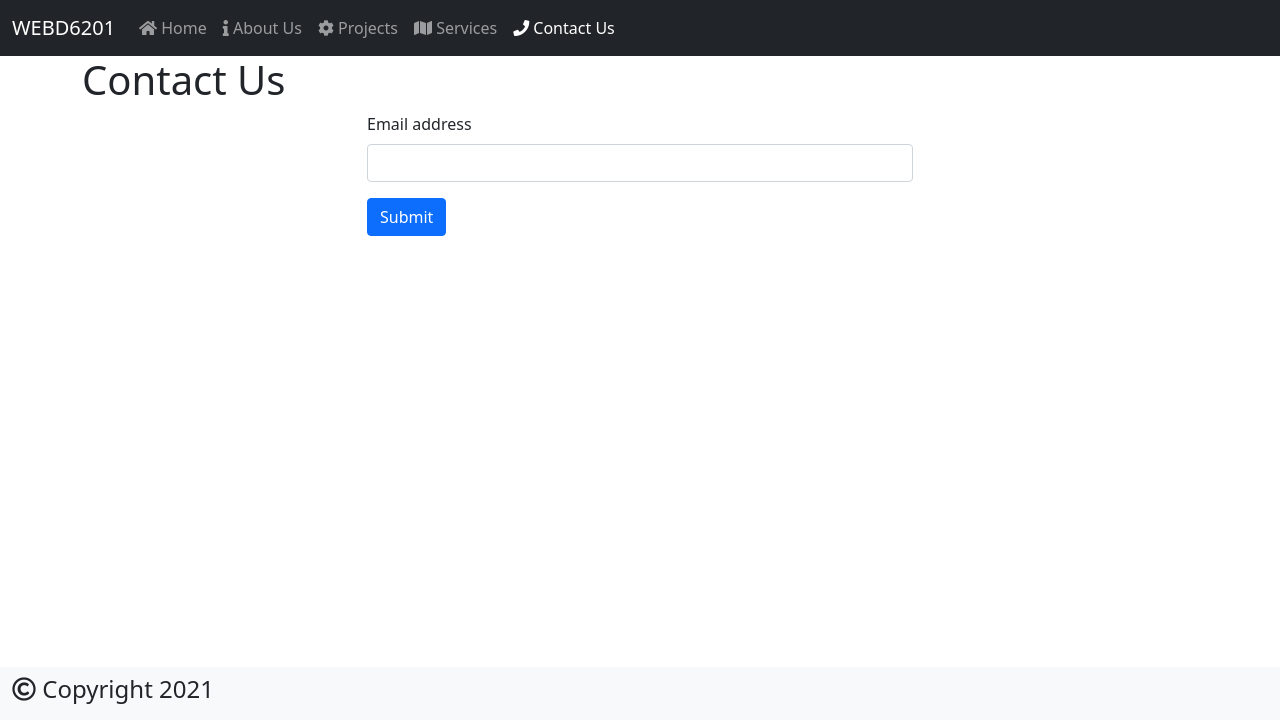
Repository: spencernewellevans/WEBD6201-ICE01
Page: contact.html
These files come from the project's save history. The page is drawn as it stood at one moment and after the next save; the edit follows.
The browser window is 1280 px wide. The pictures show the whole page.

Above is the page before, as saved 2021-01-22 19:35:43.

After the next save:
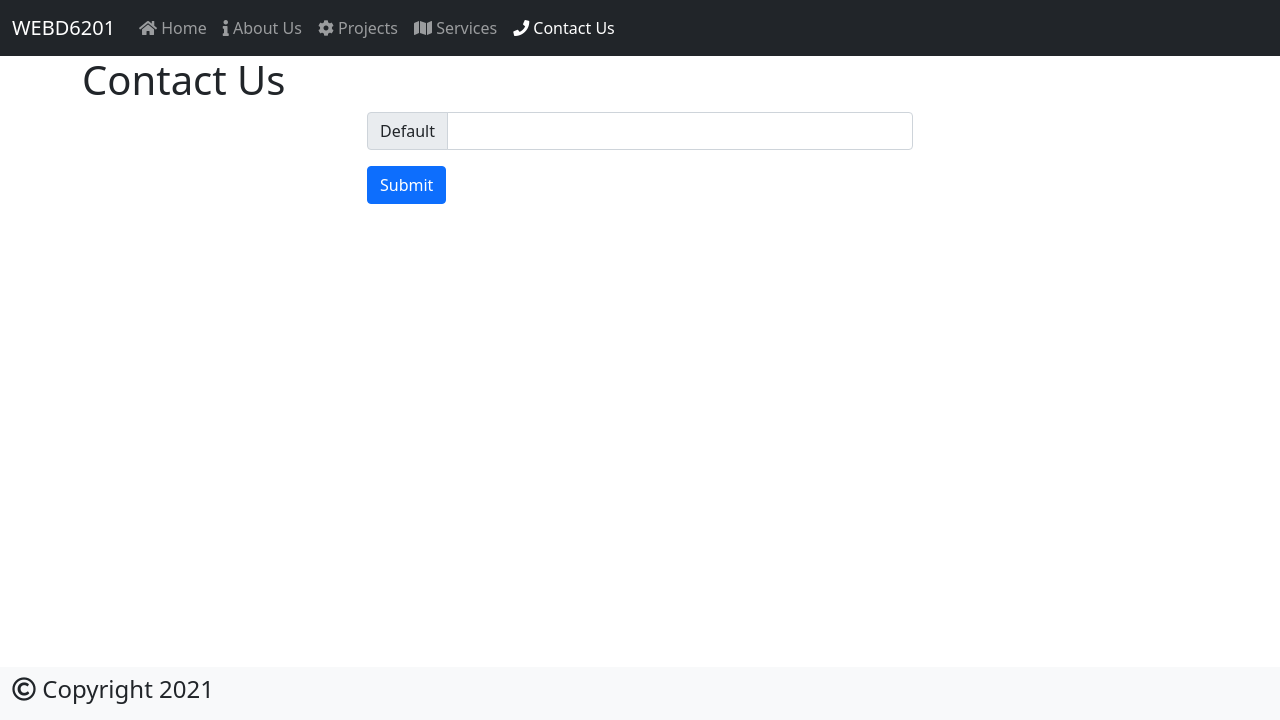
Saved 2 min 52 s later.
--- a/contact.html
+++ b/contact.html
@@ -53,9 +53,9 @@
         <div class="row justify-content-md-center">
           <form class="col-lg-6 col-md-8 col-sm-10">
 
-            <div class="mb-3">
-              <label for="exampleInputEmail1" class="form-label">Email address</label>
-              <input type="email" class="form-control" id="exampleInputEmail1" aria-describedby="emailHelp">
+            <div class="input-group mb-3">
+              <span class="input-group-text" id="inputGroup-sizing-default">Default</span>
+              <input type="text" class="form-control" aria-label="Sizing example input" aria-describedby="inputGroup-sizing-default">
             </div>
 
             <button type="submit" class="btn btn-primary">Submit</button>
